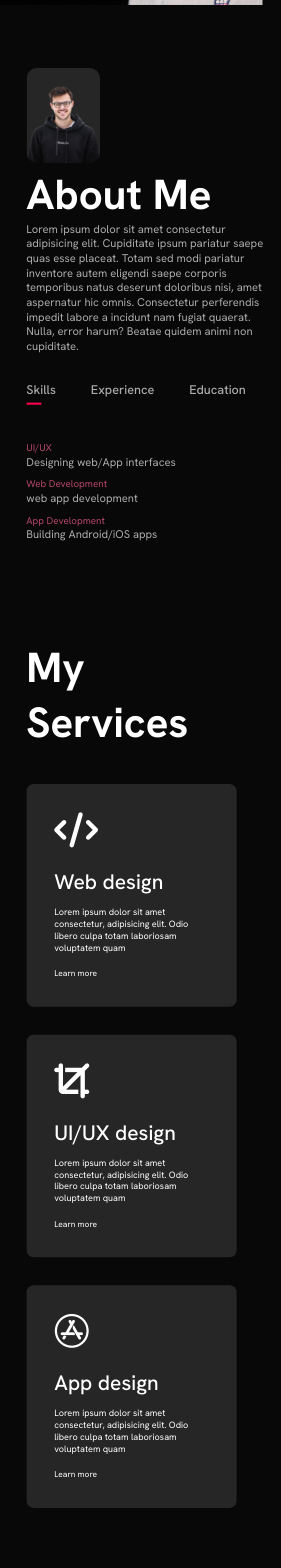
Repository: devsajid/Portfolio-website-with-HTML-CSS-JS
Page: index.html
An editor plug-in stored every save of this project. The page is shown before and after a run of saves, followed by the edit.
The browser window is 375 px wide. The page is 401 px wide, so the pictures cover 401 px, including what lies to the right of the window. The pictures show the part of the page from y = 793 to 3033 px (the page is 5709 px tall before and 5522 px after), at 70% of full size.

Above is the page before, as saved 2022-12-28 21:35:03.

### index.html
<!DOCTYPE html>
<html lang="en">
  <head>
    <meta charset="UTF-8" />
    <meta http-equiv="X-UA-Compatible" content="IE=edge" />
    <meta name="viewport" content="width=device-width, initial-scale=1.0" />
    <link rel="stylesheet" href="style.css" />
    <title>My Portfolio Website</title>
    <!-- font -->
    <link rel="preconnect" href="https://fonts.googleapis.com" />
    <link rel="preconnect" href="https://fonts.gstatic.com" crossorigin />
    <link
      href="https://fonts.googleapis.com/css2?family=Hanken+Grotesk:wght@400;500;700&display=swap"
      rel="stylesheet"
    />
    <!-- font-awesome -->
    <link
      rel="stylesheet"
      href="https://cdnjs.cloudflare.com/ajax/libs/font-awesome/6.2.1/css/all.min.css"
      integrity="sha512-MV7K8+y+gLIBoVD59lQIYicR65iaqukzvf/nwasF0nqhPay5w/9lJmVM2hMDcnK1OnMGCdVK+iQrJ7lzPJQd1w=="
      crossorigin="anonymous"
      referrerpolicy="no-referrer"
    />
  </head>
  <body>
    <div id="header">
      <div class="container">
        <nav>
          <img src="images/logo.png" class="logo" alt="logo" />
          <ul id="side-icon">
            <li><a href="#" class="nav-link nav-link-ltr"> Home</a></li>
            <li><a href="#" class="nav-link nav-link-ltr"> About</a></li>
            <li><a href="#" class="nav-link nav-link-ltr"> Services</a></li>
            <li><a href="#" class="nav-link nav-link-ltr"> Portfolio</a></li>
            <li><a href="#" class="nav-link nav-link-ltr"> Contact</a></li>
            <i class="fas fa-times"onclick="closemenu()"></i>
          </ul>
          <i class="fa-solid fa-bars"onclick="openmenu()"></i>
        </nav>
        <div class="header-text">
          <p>Web Developer and Designer</p>
          <h1>
            Hi, I'm <span> Sajidur Rahman</span> <br />
            from Bangladesh
          </h1>
        </div>
      </div>
    </div>
    <!-- About section -->
    <div id="about">
      <div class="container">
        <div class="row">
          <div class="about-col-1">
            <img src="images/user.png" alt="user" />
          </div>
          <div class="about-col-2">
            <h2 class="sub-title">About Me</h2>
            <p>
              Lorem ipsum dolor sit amet consectetur adipisicing elit.
              Cupiditate ipsum pariatur saepe quas esse placeat. Totam sed modi
              pariatur inventore autem eligendi saepe corporis temporibus natus
              deserunt doloribus nisi, amet aspernatur hic omnis. Consectetur
              perferendis impedit labore a incidunt nam fugiat quaerat. Nulla,
              error harum? Beatae quidem animi non cupiditate.
            </p>
            <div class="tab-titles">
              <p
                class="tab-links tab-links-ltr active-link"
                onclick="opentab('skills')"
              >
                Skills
              </p>
              <p
                class="tab-links tab-links-ltr"
                onclick="opentab('experience')"
              >
                Experience
              </p>
              <p class="tab-links tab-links-ltr" onclick="opentab('education')">
                Education
              </p>
            </div>
            <div class="tab-contents active-tab" id="skills">
              <ul>
                <li><span>UI/UX</span><br />Designing web/App interfaces</li>
                <li><span>Web Development</span><br />web app development</li>
                <li>
                  <span>App Development</span><br />Building Android/iOS apps
                </li>
              </ul>
            </div>
            <div class="tab-contents" id="experience">
              <ul>
                <li>
                  <span>2021 - Current</span><br />UI/UX Design Training at ET
                  Institute
                </li>
                <li><span>2019-2021</span><br />Team lead at Start App LLC.</li>
                <li>
                  <span>2016-2017</span><br />Intership at ekart eCommerce
                </li>
              </ul>
            </div>
            <div class="tab-contents" id="education">
              <ul>
                <li><span>2016</span><br />Designing web/App interfaces</li>
                <li><span>2014</span><br />MBA from MIT Banglore</li>
                <li><span>2012</span><br />BBA from ISM Banglore</li>
              </ul>
            </div>
          </div>
        </div>
      </div>
    </div>
    <!-- Services section -->
    <div id="services">
      <div class="container">
        <h2 class="sub-title">My Services</h2>
        <div class="services-list">
          <div>
            <i class="fa-solid fa-code"></i>
            <h2>Web design</h2>
            <p>
              Lorem ipsum dolor sit amet consectetur, adipisicing elit. Odio
              libero culpa totam laboriosam voluptatem quam
            </p>
            <a href="#">Learn more</a>
          </div>
          <div>
            <i class="fa-solid fa-crop"></i>
            <h2>UI/UX design</h2>
            <p>
              Lorem ipsum dolor sit amet consectetur, adipisicing elit. Odio
              libero culpa totam laboriosam voluptatem quam
            </p>
            <a href="#">Learn more</a>
          </div>
          <div>
            <i class="fa-brands fa-app-store"></i>
            <h2>App design</h2>
            <p>
              Lorem ipsum dolor sit amet consectetur, adipisicing elit. Odio
              libero culpa totam laboriosam voluptatem quam
            </p>
            <a href="#">Learn more</a>
          </div>
        </div>
      </div>
    </div>
    <!-- Portfolio section -->
    <div id="portfolio">
      <div class="container">
        <h1 class="sub-title">My work</h1>
        <div class="work-list">
          <div class="work">
            <img src="images/work-1.png" alt="mywork" />
            <div class="layer">
              <h3>Music App</h3>
              <p>
                Lorem ipsum dolor sit amet consectetur adipisicing elit. Culpa
              </p>
              <a href="#"><i class="fa-solid fa-up-right-from-square"></i></a>
            </div>
          </div>
          <div class="work">
            <img src="images/work-2.png" alt="mywork" />
            <div class="layer">
              <h3>Online Shoping App</h3>
              <p>
                Lorem ipsum dolor sit amet consectetur adipisicing elit. Culpa
              </p>
              <a href="#"><i class="fa-solid fa-up-right-from-square"></i></a>
            </div>
          </div>
          <div class="work">
            <img src="images/work-3.png" alt="mywork" />
            <div class="layer">
              <h3>Social Media App</h3>
              <p>
                Lorem ipsum dolor sit amet consectetur adipisicing elit. Culpa
              </p>
              <a href="#"><i class="fa-solid fa-up-right-from-square"></i></a>
            </div>
          </div>
        </div>
        <a href="#" class="btn">See more</a>
      </div>
    </div>
    <!-- Contact Section -->
    <div id="contact">
      <div class="container">
        <div class="row">
          <div class="contact-left">
            <h2 class="sub-title">Contact me</h2>
            <p>
              <i class="fa-solid fa-paper-plane"></i>sajidhasan164@gmail.com
            </p>
            <p><i class="fa-solid fa-square-phone"></i>01878922322</p>
            <div class="socil-icons">
              <a href="https://www.facebook.com/profile.php?id=100069360127548"
                ><i class="fa-brands fa-facebook"></i></a
              ><a href="https://www.linkedin.com/in/mdsohaghasan/"
                ><i class="fa-brands fa-linkedin"></i> </a
              ><a href="https://twitter.com/devsajidhasan"
                ><i class="fa-brands fa-twitter"></i></a
              ><a href="https://github.com/devsajid"
                ><i class="fa-brands fa-github"></i
              ></a>
            </div>
            <a href="images/myCV.pdf" download class="btn btn2">Download CV</a>
          </div>

          <div class="contact-right">
            <form>
              <input
                type="text"
                name="Name"
                placeholder="Your Name"
                required
              /><input
                type="email"
                name="email"
                placeholder="Your Email"
                required
              /><textarea
                name="Message"
                rows="6"
                placeholder="Your Message"
                required
              ></textarea
              ><button type="submit" class="btn btn2">Submit</button>
            </form>
          </div>
        </div>
      </div>
      <div class="copyright"><p>copyright 2022 &#169 devsajidhasan. Made with<i class="fa-solid fa-heart"></i> by easy heart</p></div>
    </div>
    <!-- javascript -->
    <script>
      var tablinks = document.getElementsByClassName("tab-links");
      var tabcontents = document.getElementsByClassName("tab-contents");

      function opentab(tabname) {
        for (tablink of tablinks) {
          tablink.classList.remove("active-link");
        }
        for (tabcontent of tabcontents) {
          tabcontent.classList.remove("active-tab");
        }
        event.currentTarget.classList.add("active-link");
        document.getElementById(tabname).classList.add("active-tab");
      }
    </script>
    <script>
      var sideicon=document.getElementById("side-icon")
      function openmenu(){
        sideicon.style.right="0"
      }
      function closemenu(){
        sideicon.style.right="-200px"
      }
    </script>
  </body>
</html>

### style.css
* {
  margin: 0;
  padding: 0;
  font-family: "Hanken Grotesk", sans-serif;
  box-sizing: border-box;
}
body {
  background: #080808;
  color: #fff;
}
#header {
  width: 100%;
  height: 100vh;
  background-image: url(images/background.png);
  background-size: cover;
  background-position: center;
}
.container {
  padding: 10px 10%;
}
nav {
  display: flex;
  align-items: center;
  justify-content: space-between;
  flex-wrap: wrap;
}
.logo {
  width: 140px;
}
nav ul li {
  display: inline-block;
  list-style: none;
  margin: 10px 20px;
}
.nav-link {
  font-weight: bold;
  font-size: 14px;
  text-transform: uppercase;
  text-decoration: none;
  color: #fff;
  padding: 20px 0px;
  display: inline-block;
  position: relative;
  opacity: 0.75;
}

.nav-link:hover {
  opacity: 1;
}

.nav-link::before {
  transition: 300ms;
  height: 3px;
  content: "";
  position: absolute;
  background-color: #ff004f;
}

.nav-link-ltr::before {
  width: 0%;
  bottom: 10px;
}

.nav-link-ltr:hover::before {
  width: 100%;
}
.header-text {
  margin-top: 20%;
  font-size: 30px;
}
.header-text h1 {
  font-size: 60px;
  margin-top: 20px;
}
.header-text h1 span {
  color: #ff004f;
}
/* About section */
#about {
  padding: 80px 0px;
  color: #ababab;
}
.row {
  display: flex;
  justify-content: space-between;
  flex-wrap: wrap;
}
.about-col-1 {
  flex-basis: 35%;
}
.about-col-1 img {
  width: 100%;
  border-radius: 15px;
}
.about-col-2 {
  flex-basis: 60%;
}
.sub-title {
  font-size: 60px;
  font-weight: 600;
  color: #fff;
}
.tab-titles {
  display: flex;
  margin: 20px 0 40px;
}
.tab-links {
  margin-right: 50px;
  font-size: 18px;
  font-weight: 500;
  cursor: pointer;
  padding: 20px 0px;
  position: relative;
}
.tab-links:hover {
  opacity: 1;
}

.tab-links::before {
  height: 3px;
  content: "";
  position: absolute;
  background-color: #ff004f;
  transition: 3000ms;
}

.tab-links-ltr.active-link::before {
  width: 50%;
  bottom: 10px;
}

.tab-contents ul li {
  list-style: none;
  margin: 10px 0;
}
.tab-contents ul li span {
  color: #b54769;
  font-size: 14px;
}
.tab-contents {
  display: none;
}
.tab-contents.active-tab {
  display: block;
}
/* services */
#services {
  padding: 30px 0;
}
.services-list {
  display: grid;
  grid-template-columns: repeat(auto-fit, minmax(250px, 1fr));
  grid-gap: 40px;
  margin-top: 50px;
}
.services-list div {
  background: #262626;
  padding: 40px;
  font-size: 13px;
  font-weight: 300;
  border-radius: 10px;
  transition: background 0.5s, transform 0.5s;
}
.services-list div i {
  font-size: 50px;
  margin-bottom: 30px;
}
.services-list div h2 {
  font-size: 30px;
  font-weight: 500;
  margin-bottom: 15px;
}
.services-list div a {
  text-decoration: none;
  color: #fff;
  font-size: 12px;
  margin-top: 20px;
  display: inline-block;
}
.services-list div:hover {
  background: #ff004f;
  transform: translateY(-10px);
}
/* Portfolio */
#portfolio {
  padding: 50px 0;
}
.work-list {
  display: grid;
  grid-template-columns: repeat(auto-fit, minmax(250px, 1fr));
  grid-gap: 40px;
  margin-top: 50px;
}
.work {
  border-radius: 10px;
  position: relative;
  overflow: hidden;
}
.work img {
  width: 100%;
  border: 10px;
  display: block;
  transition: transform 0.5s;
}
.layer {
  width: 100%;
  height: 0;
  background: linear-gradient(rgba(0, 0, 0, 0.6), #ff004f);
  border-radius: 10px;
  position: absolute;
  left: 0;
  bottom: 0;
  overflow: hidden;
  display: flex;
  align-items: center;
  flex-direction: column;
  justify-content: center;
  padding: 0 40px;
  text-align: center;
  font-size: 13px;
  transition: height 0.5s;
}
.layer h3 {
  font-weight: 500;
  margin-bottom: 200;
}
.layer a {
  margin: 20px;
  color: #ff004f;
  text-decoration: none;
  font-size: 17px;
  line-height: 40px;
  width: 40px;
  height: 40px;
  border-radius: 50%;
  text-align: center;
  background: #fff;
}
.work:hover img {
  transform: scale(1.1);
}
.work:hover .layer {
  height: 100%;
}
.btn {
  display: block;
  margin: 50px auto;
  width: fit-content;
  border: 1px solid #ff004f;
  padding: 14px 50px;
  brder-radius: 6px;
  text-decoration: none;
  color: #fff;
  transition: background 0.5s;
}
.btn:hover {
  background: #ff004f;
}
/* Contact Section */
.contact-left {
  flex-basis: 35%;
}
.contact-right {
  flex-basis: 60%;
}
.contact-left p {
  margin-top: 30px;
}
.contact-left p i {
  color: #ff004f;
  margin-right: 15px;
  font-size: 25px;
}
.socil-icons {
  margin-top: 30px;
}
.socil-icons a {
  text-decoration: none;
  font-size: 30px;
  margin-right: 15px;
  color: #ababab;
  display: inline-block;
  transition: transform 0.5s;
}
.socil-icons a:hover {
  color: #ff004f;
  transform: translateY(-5px);
}
.btn.btn2 {
  display: inline-block;
  background: #ff004f;
}
.contact-rught form {
  widt: 100%;
}
form input,
form textarea {
  width: 100%;
  border: 0;
  outline: none;
  background: #262626;
  padding: 15px;
  margin: 15px 0;
  color: #fff;
  font-size: 18px;
  border-radius: 6px;
}
form .btn2 {
  padding: 14px 60px;
  font-size: 18px;
  margin-top: 20px;
  cursor: pointer;
}
.copyright {
  width: 100%;
  text-align: center;
  padding: 25px 0;
  background: #262626;
  font-weight: 300;
  margin-top: 20px;
}
.copyright i {
  color: #ff004f;
}
/* css for small screens */
nav .fas {
  display: none;
}
@media only screen and (max-width: 600px) {
  #header {
    background-img: url(images/phone-background.png);
  }
  .header-text {
    margin-top: 100%;
    font-size: 16px;
  }
  .header-text h1 {
    font-size: 30px;
  }
  .header-text p {
    font-size: 12px;
  }
  nav .fas {
    display: block;
    font-size: 25px;
  }
  nav ul {
    background: #ff004f;
    position: fixed;
    top: 0;
    right: -200px;
    width: 200x;
    height: 100vh;
    padding-top: 50px;
    z-index: 2;
    transition: right 0.5s;
  }
  nav ul li {
    display: block;
    margin: 25p;
  }
  nav ul .fas {
    position: absolute;
    top: 25px;
    left: 25px;
    cursor: pointer;
  }
  .sub-title {
    font-size: ;
  }
}

After the next 2 saves:
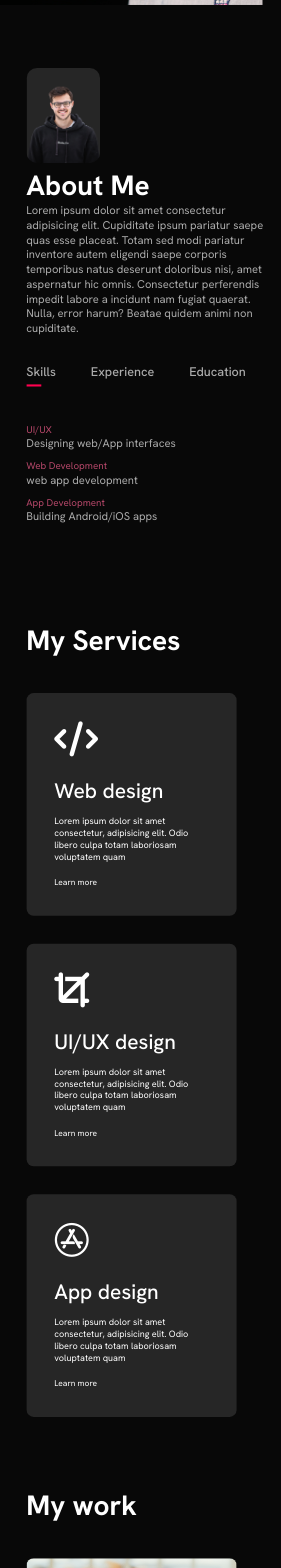
The 2 saves are shown as one change because they came seconds apart.
The last was saved 8 s later.
--- a/style.css
+++ b/style.css
@@ -366,6 +366,6 @@ nav .fas {
     cursor: pointer;
   }
   .sub-title {
-    font-size: ;
-  }
-}
+    font-size: 40px;
+  }
+}
